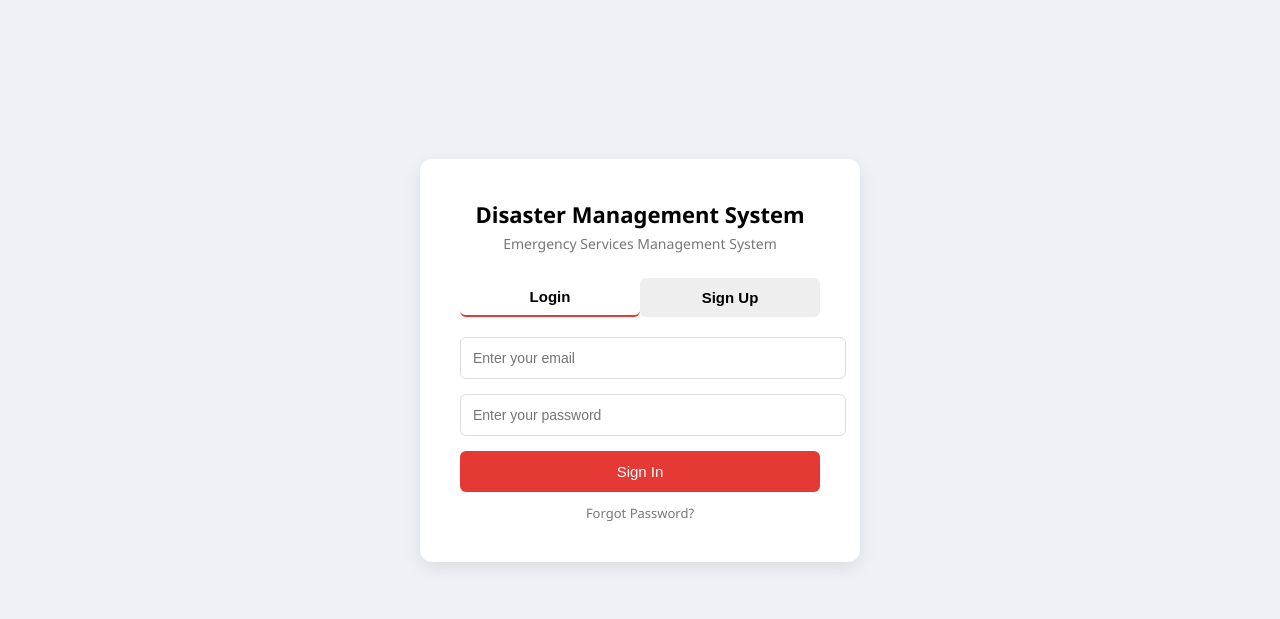
Repository: AnmolGaba18/Cloud-Native-Disaster-Mapping
Page: disaster-mapping-system/src/main/resources/static/login.html
These files come from the project's save history. The page is drawn as it stood at one moment and after the next save; the edit follows.
The browser window is 1280 px wide. The pictures show the whole page.

Above is the page before, as saved 2026-05-12 06:14:16.

After the next save:
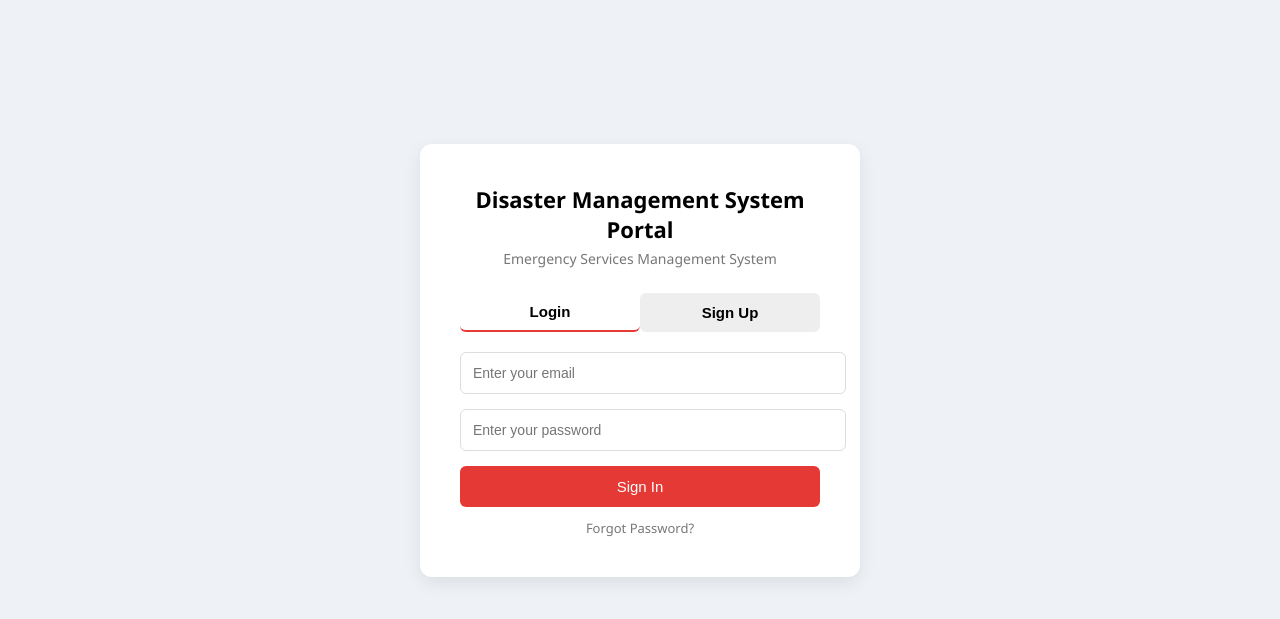
Saved 23 s later.
--- a/disaster-mapping-system/src/main/resources/static/login.html
+++ b/disaster-mapping-system/src/main/resources/static/login.html
@@ -103,7 +103,7 @@ color:#777;
 <div class="card">
 
 <div class="logo">
-Disaster Management System
+Disaster Management System Portal
 </div>
 
 <div class="subtitle">
